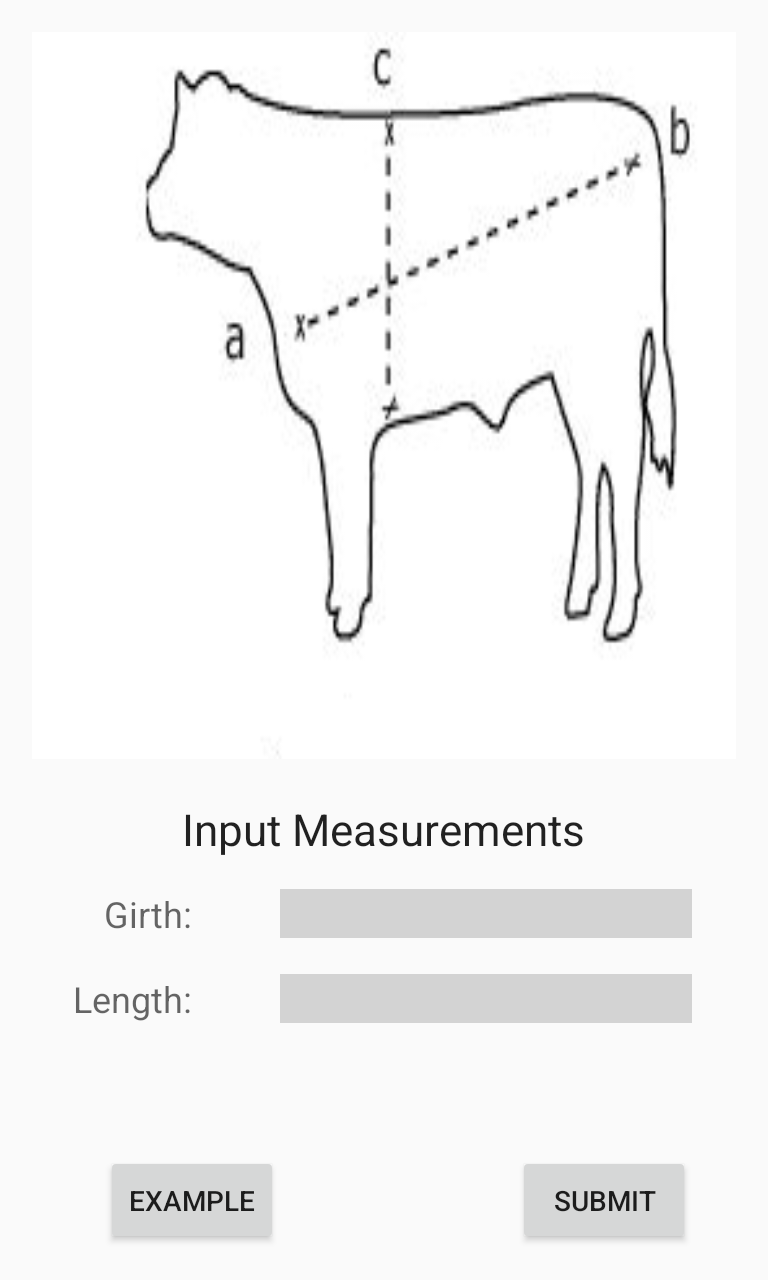
Repository: jdmielke/AnimalApp
Layout: AWEA/res/layout/activity_dairycow_measurement.xml
These files come from the project's save history. The layout is drawn as it stood at one moment and after the next save; the edit follows.
It is drawn on a 768 x 1280 px phone screen (xhdpi) without system bars, with theme AppTheme; the app's code is not run.

Above is the layout before, as saved 2014-11-12 20:31:09.

### AWEA/res/layout/activity_dairycow_measurement.xml
<?xml version="1.0" encoding="utf-8"?>
<RelativeLayout xmlns:android="http://schemas.android.com/apk/res/android"
    xmlns:tools="http://schemas.android.com/tools"
    android:layout_width="match_parent"
    android:layout_height="match_parent"
    android:clipChildren="false"
    android:clipToPadding="false"
    android:paddingBottom="@dimen/activity_vertical_margin"
    android:paddingLeft="@dimen/activity_horizontal_margin"
    android:paddingRight="@dimen/activity_horizontal_margin"
    android:paddingTop="@dimen/activity_vertical_margin"
    tools:context=".CowDairyMeasurementActivity" >

    <TextView
        android:id="@+id/textView1"
        android:layout_width="wrap_content"
        android:layout_height="wrap_content"
        android:layout_alignParentBottom="true"
        android:layout_centerHorizontal="true"
        android:layout_marginBottom="195dp"
        android:text="Input Measurements"
        android:textAppearance="?android:attr/textAppearanceLarge" />

    <TextView
        android:id="@+id/textView2"
        android:layout_width="wrap_content"
        android:layout_height="wrap_content"
        android:layout_alignParentLeft="true"
        android:layout_alignTop="@+id/textView1"
        android:layout_marginLeft="36dp"
        android:layout_marginTop="45dp"
        android:text="Girth:"
        android:textAppearance="?android:attr/textAppearanceMedium" />

    <TextView
        android:id="@+id/textView3"
        android:layout_width="wrap_content"
        android:layout_height="wrap_content"
        android:layout_alignRight="@+id/textView2"
        android:layout_below="@+id/textView2"
        android:layout_marginTop="18dp"
        android:text="Length:"
        android:textAppearance="?android:attr/textAppearanceMedium" />

    <Button
        android:id="@+id/button1"
        android:layout_width="wrap_content"
        android:layout_height="wrap_content"
        android:layout_alignParentBottom="true"
        android:layout_alignParentRight="true"
        android:layout_marginRight="22dp"
        android:text="Submit"
        android:onClick="goToMain"/>/>

    <Button
        android:id="@+id/goToMain"
        android:layout_width="wrap_content"
        android:layout_height="wrap_content"
        android:layout_alignBaseline="@+id/button1"
        android:layout_alignBottom="@+id/button1"
        android:layout_alignParentLeft="true"
        android:layout_marginLeft="36dp"
        android:text="Example"
        android:onClick="goToMain"/>

    <EditText
        android:id="@+id/editText2"
        android:layout_width="wrap_content"
        android:layout_height="wrap_content"
        android:layout_alignLeft="@+id/editText1"
        android:layout_alignRight="@+id/editText1"
        android:layout_alignTop="@+id/textView3"
        android:background="#d3d3d3"
        android:digits="1234567890"
        android:ems="10"
        android:inputType="number|phone"
        android:singleLine="true" />

    <EditText
        android:id="@+id/editText1"
        android:layout_width="wrap_content"
        android:layout_height="wrap_content"
        android:layout_alignRight="@+id/button1"
        android:layout_alignTop="@+id/textView2"
        android:layout_toRightOf="@+id/goToMain"
        android:background="#d3d3d3"
        android:digits="1234567890"
        android:ems="10"
        android:inputType="number|phone"
        android:singleLine="true" />

    <ImageView
        android:id="@+id/imageView1"
        android:layout_width="wrap_content"
        android:layout_height="wrap_content"
        android:layout_above="@+id/textView1"
        android:layout_alignParentLeft="true"
        android:layout_alignParentRight="true"
        android:layout_alignParentTop="true"
        android:paddingBottom="20dp"
        android:scaleType="fitXY"
        android:src="@drawable/dairydiagram" />

</RelativeLayout>

Loaded but not shown: AWEA/res/values/styles.xml (common file); AWEA/res/values-v11/styles.xml (common file); AWEA/res/values-v14/styles.xml (common file); AWEA/res/values/dimens.xml (common file); AWEA/res/values-w820dp/dimens.xml (common file)

After the next save:
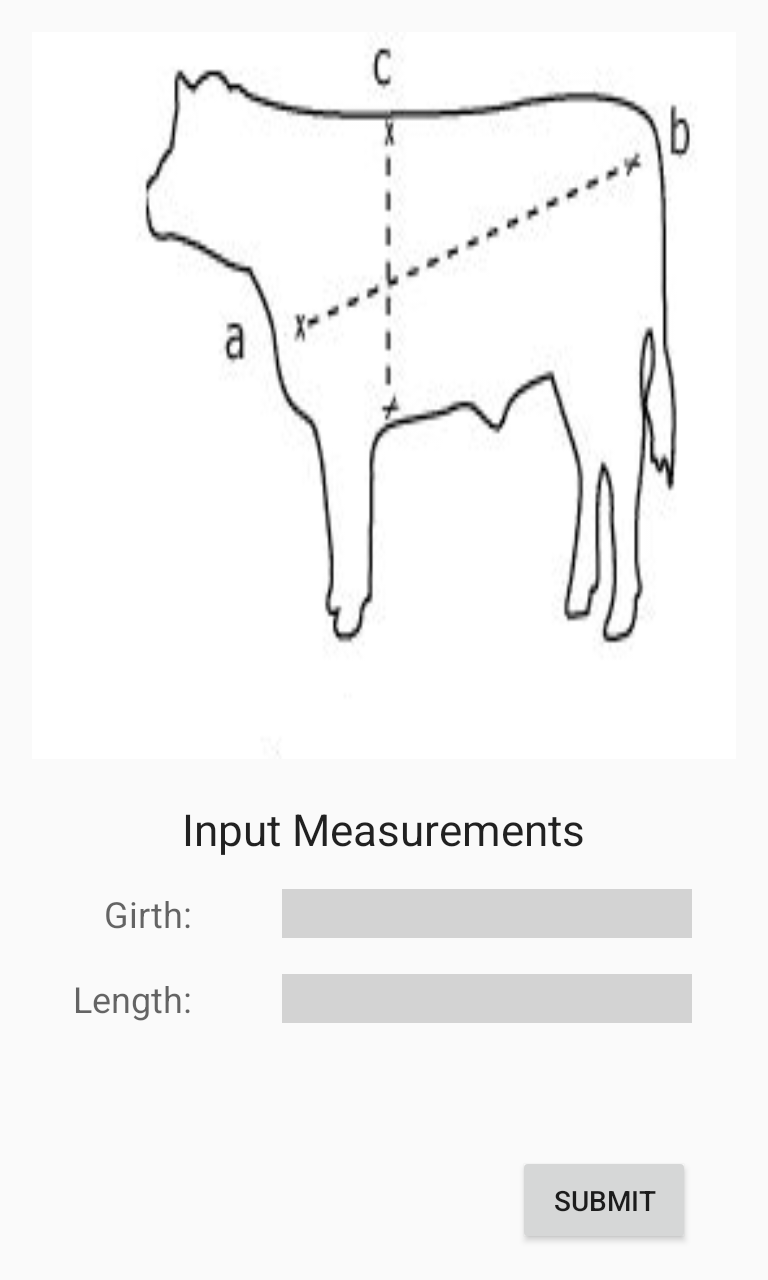
Saved 95 s later.
--- a/AWEA/res/layout/activity_dairycow_measurement.xml
+++ b/AWEA/res/layout/activity_dairycow_measurement.xml
@@ -52,17 +52,6 @@
         android:text="Submit"
         android:onClick="goToMain"/>/>
 
-    <Button
-        android:id="@+id/goToMain"
-        android:layout_width="wrap_content"
-        android:layout_height="wrap_content"
-        android:layout_alignBaseline="@+id/button1"
-        android:layout_alignBottom="@+id/button1"
-        android:layout_alignParentLeft="true"
-        android:layout_marginLeft="36dp"
-        android:text="Example"
-        android:onClick="goToMain"/>
-
     <EditText
         android:id="@+id/editText2"
         android:layout_width="wrap_content"
@@ -82,7 +71,7 @@
         android:layout_height="wrap_content"
         android:layout_alignRight="@+id/button1"
         android:layout_alignTop="@+id/textView2"
-        android:layout_toRightOf="@+id/goToMain"
+        android:layout_marginLeft="125dp"
         android:background="#d3d3d3"
         android:digits="1234567890"
         android:ems="10"
